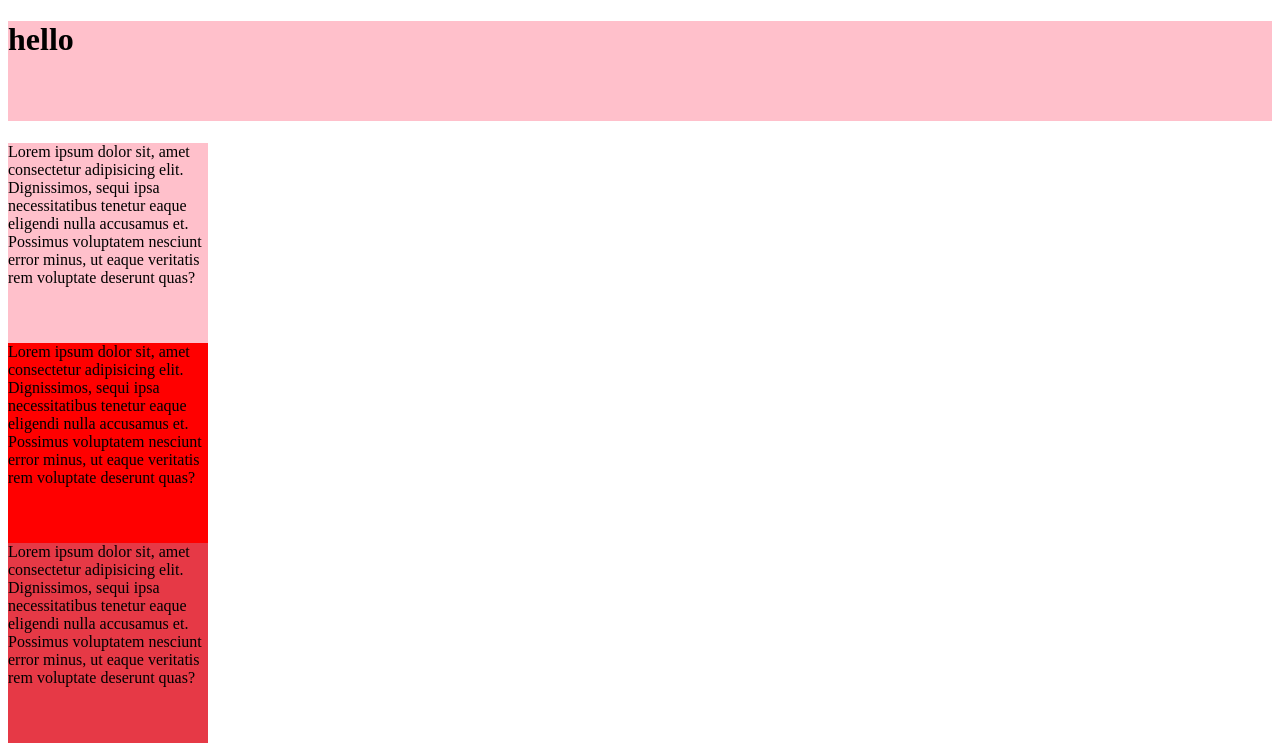
Repository: zhFIsHappy/UdemyFullStack
Page: index1.html
The author's editor kept a copy of each file at every save. The page is drawn from the files as they stood at one save, then again after the next save.
The browser window is 1280 px wide. The pictures show the whole page.

Above is the page before, as saved 2022-03-22 20:40:26.

After the next save:
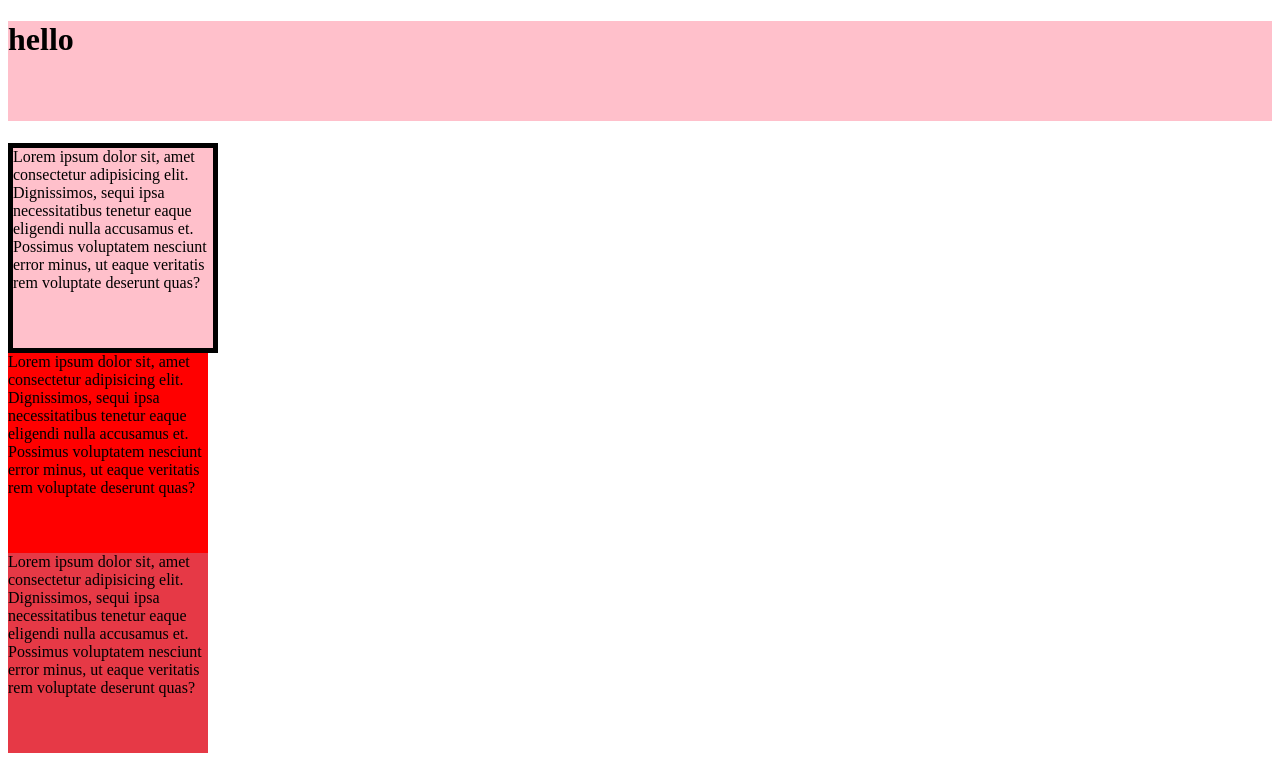
Saved 13 s later.
--- a/app1.css
+++ b/app1.css
@@ -12,7 +12,8 @@
 #one {
     background-color: pink;
     border-width: 5px;
-    border-color :
+    border-color : black;
+    border-style: solid;
 }
 
 #two{
